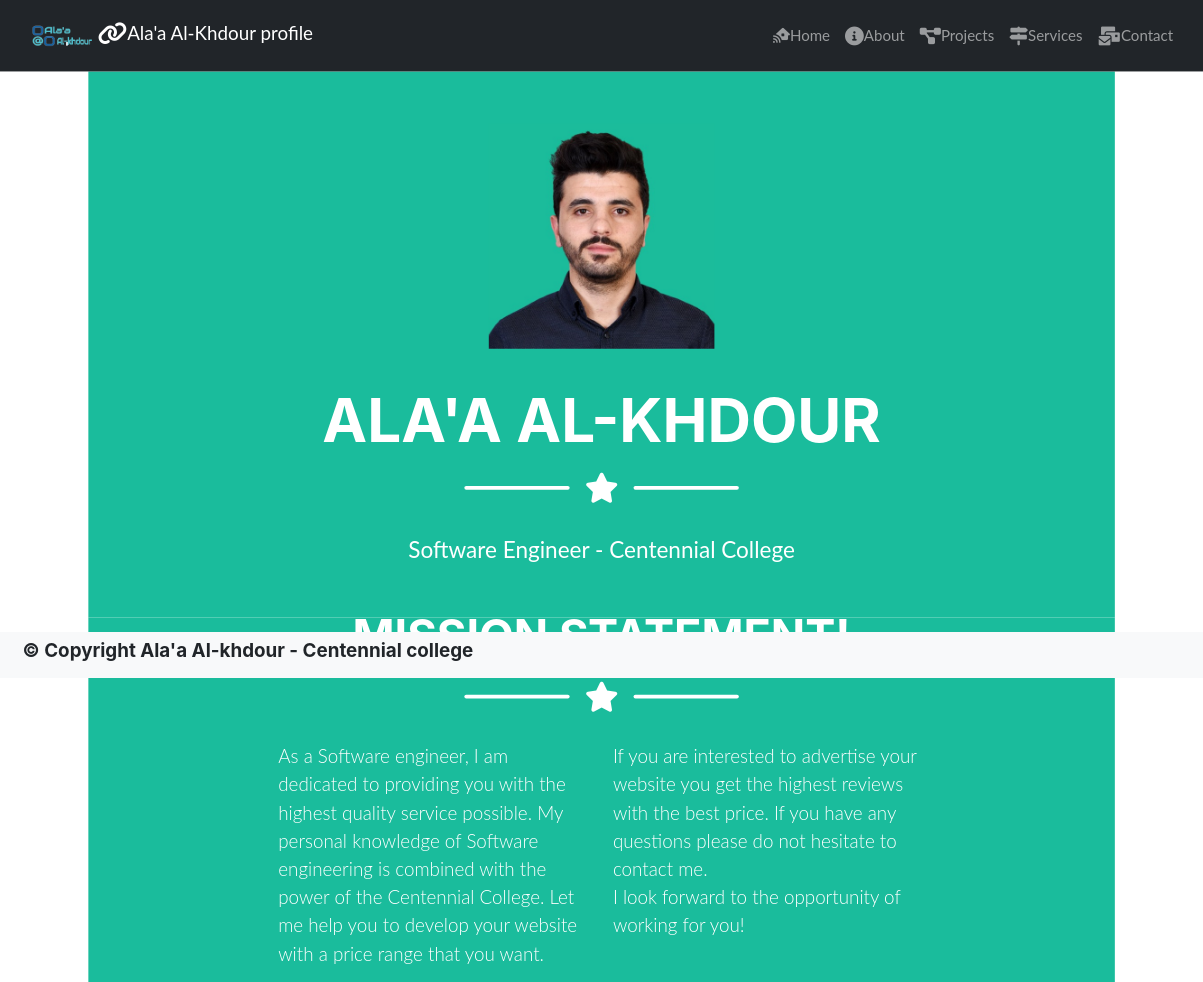
Repository: alaakhdour/heroukulivesite-section1
Page: http://localhost/
The author's editor kept a copy of each file at every save. The page is drawn from the files as they stood at one save, then again after the next save.
The browser window is 1280 px wide. The pictures show the whole page, at 94% of full size.
The page is served by the project's Node server (server.js). Other server files are loaded and not shown.

Above is the page before, as saved 2022-06-18 02:43:30.

### Server/Views/index.ejs

<!DOCTYPE html>
<html lang="en">
<head>
    <meta charset="UTF-8">
    <meta http-equiv="X-UA-Compatible" content="IE=edge">
    <meta name="viewport" content="width=device-width, initial-scale=1.0">
    <title><%= title %></title>
    <!-- CSS Section -->
    <link rel="stylesheet" href="./bootstrap/dist/css/bootstrap.min.css">
    <link rel="stylesheet" href="./@fortawsome/fontawesome-free/css/all.min.css">
    <link rel="stylesheet" href="./Content/app.css">
    <link rel="stylesheet" href="./Content/styles.css">
</head>
<body>
    <!-- Main Navigation Section -->
    <header>
        <%- include('./components/header.ejs'); %>
    </header>

    <!-- Content Section-->
    <main>
        <%- include('content/' + page + '.ejs'); %>

    </main>

    <!-- Site-wide footer-->
    <footer>
        <%- include('components/footer.ejs'); %>
    </footer>

    <!-- JavaScript Section -->
    <script src="./jquery/dist/jquery.min.js"></script>
    <script src="./bootstrap/dist/js/bootstrap.min.js"></script>
    <script src="./@fortawesome/fontawesome-free/js/all.min.js"></script>
    <script src="./Scripts/app.js"></script>
</body>
</html>

### Server/Views/components/header.ejs
<nav class="navbar navbar-expand-lg navbar-dark bg-dark">
    <div class="container-fluid">
      <a class="navbar-brand" href="/"> <img src="./Assets/images/logo.png" alt="" width="80" height="50"><i class="fa-solid fa-link fa-lg"></i>Ala'a Al-Khdour profile</a>
      <button class="navbar-toggler" type="button" data-bs-toggle="collapse" data-bs-target="#navbarSupportedContent" aria-controls="navbarSupportedContent" aria-expanded="false" aria-label="Toggle navigation">
        <span class="navbar-toggler-icon"></span>
      </button>
      <div class="collapse navbar-collapse" id="navbarSupportedContent">
        <ul class="navbar-nav ms-auto mb-2 mb-lg-0">
          <li class="nav-item">
            <a class="nav-link" aria-current="page" href="/home"><i class="fa-solid fa-house-signal"></i>Home</a>
          </li>

          <li class="nav-item">
            <a class="nav-link" aria-current="page" href="/about"><i class="fa-solid fa-circle-info fa-lg"></i>About</a>
          </li>

          <li class="nav-item">
            <a class="nav-link" aria-current="page" href="/projects"><i class="fa-solid fa-diagram-project fa-lg"></i>Projects</a>
          </li>

          <li class="nav-item">
            <a class="nav-link" aria-current="page" href="/services"><i class="fa-solid fa-signs-post fa-lg"></i>Services</a>
          </li>

          <li class="nav-item">
            <a class="nav-link" aria-current="page" href="/contact"><i class="fa-solid fa-envelopes-bulk fa-lg"></i>Contact </a>
          </li>


        </ul>
      </div>
    </div>
  </nav>

### Server/Views/content/home.ejs
<div class="container">
    <header class="masthead bg-primary text-white text-center" style="padding:5%;">
        <div class="container d-flex align-items-center flex-column">
            <!-- Masthead Avatar Image-->
            <img class="masthead-avatar mb-5" src="./Assets/images/Alaa.jpg" alt="..." />
            <!-- Masthead Heading-->
            <h1 class="masthead-heading text-uppercase mb-0">Ala'a Al-khdour</h1>
            <!-- Icon Divider-->
            <div class="divider-custom divider-light">
                <div class="divider-custom-line"></div>
                <div class="divider-custom-icon"><i class="fas fa-star"></i></div>
                <div class="divider-custom-line"></div>
            </div>
            <!-- Masthead Subheading-->
            <p class="masthead-subheading font-weight-light mb-0">Software Engineer - Centennial  College</p>
        </div>
    </header>



    <section class="page-section bg-primary text-white mb-0" id="about" style="padding:0px;" >
        <div class="container">
            <!-- About Section Heading-->
            <h2 class="page-section-heading text-center text-uppercase text-white">Mission Statement!</h2>
            <!-- Icon Divider-->
            <div class="divider-custom divider-light">
                <div class="divider-custom-line"></div>
                <div class="divider-custom-icon"><i class="fas fa-star"></i></div>
                <div class="divider-custom-line"></div>
            </div>
            <!-- About Section Content-->
            <div class="row">
                <div class="col-lg-4 ms-auto"><p class="lead">As a Software engineer, I am dedicated to providing you with the highest quality service possible. My personal knowledge of Software engineering is combined with the power of the Centennial College.
                    Let me help you to develop your website with a price range that you want.</p></div>
                <div class="col-lg-4 me-auto"><p class="lead"> If you are interested to advertise your website you get the highest reviews with the best price.
                    If you have any questions please do not hesitate to contact me.<br> I look forward to the opportunity of working for you!</p></div>
            </div>

        </div>
    </section>
</div>

### Server/Views/components/footer.ejs
<nav class="navbar fixed-bottom bg-light">
    <div class="container-fluid">
      <h5 id="copyright">&copy; Copyright Ala'a Al-khdour - Centennial college</h5>
    </div>
  </nav>

### server.js
"use strict";
var __importDefault = (this && this.__importDefault) || function (mod) {
    return (mod && mod.__esModule) ? mod : { "default": mod };
};
Object.defineProperty(exports, "__esModule", { value: true });
const app_1 = __importDefault(require("./Server/Config/app"));
const debug_1 = __importDefault(require("debug"));
(0, debug_1.default)('week4:server');
const http_1 = __importDefault(require("http"));
const port = normalizePort(process.env.PORT || '3000');
app_1.default.set('port', port);
const server = http_1.default.createServer(app_1.default);
server.listen(port);
server.on('error', onError);
server.on('listening', onListening);
function normalizePort(val) {
    let port = parseInt(val, 10);
    if (isNaN(port)) {
        return val;
    }
    if (port >= 0) {
        return port;
    }
    return false;
}
function onError(error) {
    if (error.syscall !== 'listen') {
        throw error;
    }
    let bind = typeof port === 'string'
        ? 'Pipe ' + port
        : 'Port ' + port;
    switch (error.code) {
        case 'EACCES':
            console.error(bind + ' requires elevated privileges');
            process.exit(1);
            break;
        case 'EADDRINUSE':
            console.error(bind + ' is already in use');
            process.exit(1);
            break;
        default:
            throw error;
    }
}
function onListening() {
    let addr = server.address();
    let bind = 'pipe ' + addr;
    (0, debug_1.default)('Listening on ' + bind);
}
//# sourceMappingURL=server.js.map

### Server/Routes/index.js
"use strict";
var __importDefault = (this && this.__importDefault) || function (mod) {
    return (mod && mod.__esModule) ? mod : { "default": mod };
};
Object.defineProperty(exports, "__esModule", { value: true });
const express_1 = __importDefault(require("express"));
const router = express_1.default.Router();
router.get('/', function (req, res, next) {
    res.render('index', { title: 'Home', page: 'home' });
});
router.get('/home', function (req, res, next) {
    res.render('index', { title: 'Home', page: 'home' });
});
router.get('/about', function (req, res, next) {
    res.render('index', { title: 'About Us', page: 'about' });
});
router.get('/projects', function (req, res, next) {
    res.render('index', { title: 'My Projects', page: 'projects' });
});
router.get('/services', function (req, res, next) {
    res.render('index', { title: 'My services', page: 'services' });
});
router.get('/contact', function (req, res, next) {
    res.render('index', { title: 'contact us', page: 'contact' });
});


exports.default = router;
//# sourceMappingURL=index.js.map

### Client/data/data.json
{
    "FullName": "AlaaAlkhdour",
    "ContactNumber": "999999999999",
    "EmailAddress": "ala@example.com"
}

### content/app.css
h1
{
    font-size: 70px;
    font-family: Verdana, Geneva, Tahoma, sans-serif;
}

### scripts/app.js
//IIFE
(function()
{

    function Start()
    {
        console.log("App Started!");

        // use AJAX to read JSON file

        // Step 1: Create a new XHR object
        let XHR = new XMLHttpRequest();

        // Step 2: Create the request
        XHR.open("GET", "../data/data.json");

        // Step 3: Send the request
        XHR.send();

        // Step 4: create an event listener/handler
        XHR.addEventListener("readystatechange", function()
        {
            if(XHR.readyState == 4 && XHR.status == 200)
            {
                console.log("JSON Data:");
                console.log("===========");
                console.log(XHR.responseText);
            }
        });
    }

    window.addEventListener("load", Start);

})();

Loaded but not shown: Client/content/styles.css (library)

After the next save:
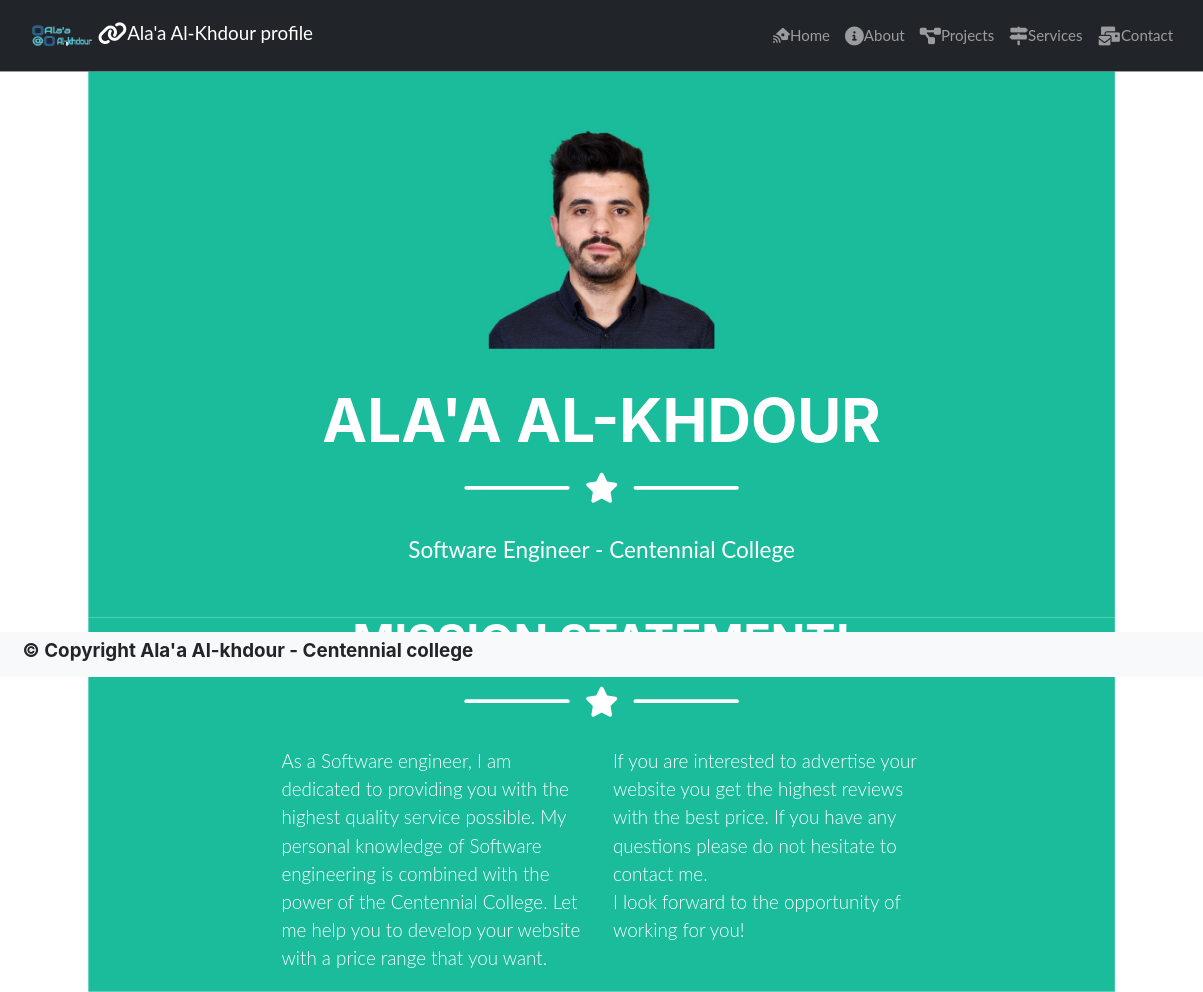
Saved 43 s later.
--- a/Server/Views/content/home.ejs
+++ b/Server/Views/content/home.ejs
@@ -18,7 +18,7 @@
 
 
 
-    <section class="page-section bg-primary text-white mb-0" id="about" style="padding:0px;" >
+    <section class="page-section bg-primary text-white mb-0" id="about" style="padding:5px;" >
         <div class="container">
             <!-- About Section Heading-->
             <h2 class="page-section-heading text-center text-uppercase text-white">Mission Statement!</h2>
